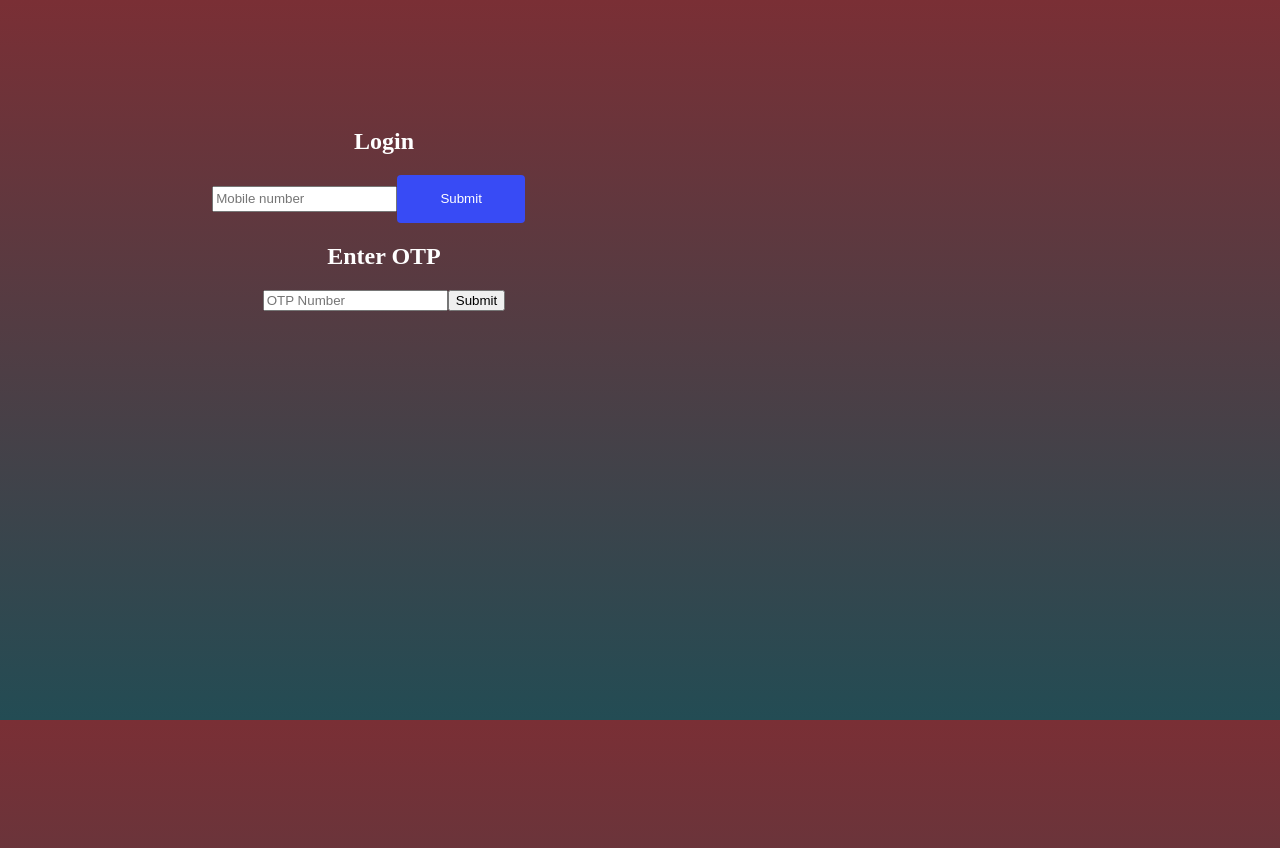
Repository: jagan607/N-Kalari
Page: /
The author's editor kept a copy of each file at every save. The page is drawn from the files as they stood at one save, then again after the next save.
The browser window is 1280 px wide. The pictures show the whole page.
The project was rebuilt for these pictures with package versions that can differ from the ones it lists, and the page was loaded fresh each time. Also part of the build but not shown: src/App.css, src/services/user.service.js, src/actions/user.action.js, src/components/wallet/Wallet.js. Imported but missing from the stored project, and not drawn on this page: src/constants/user.constants, src/reducers/rootReducer.

Above is the page before, as saved 2022-01-08 16:30:48.

After the next save:
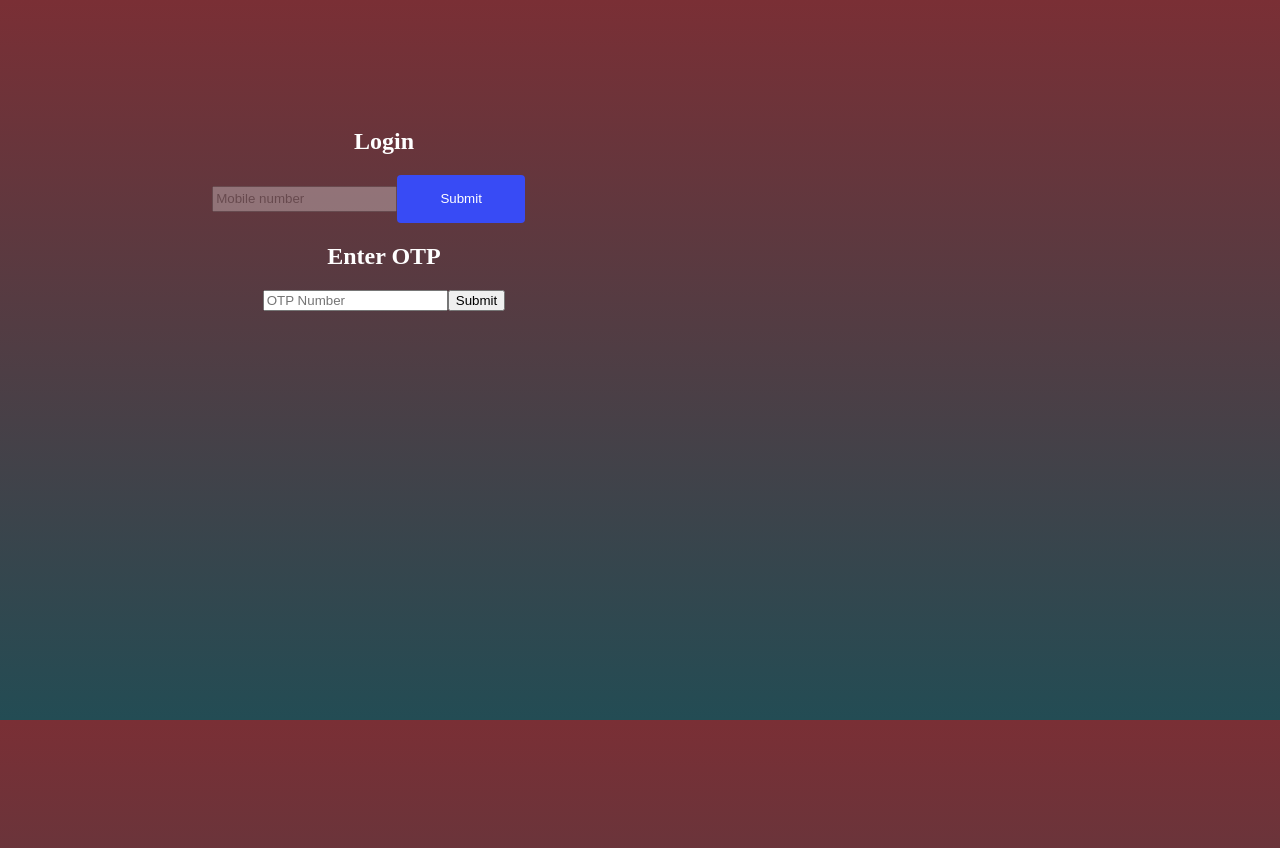
Saved 8 s later.
--- a/src/components/Login/index.css
+++ b/src/components/Login/index.css
@@ -6,7 +6,7 @@
 
 .mobile-input{
     height: 20px;
-    opacity: 1;
+    opacity: 0.3;
 }
 
 .btn-signin{
